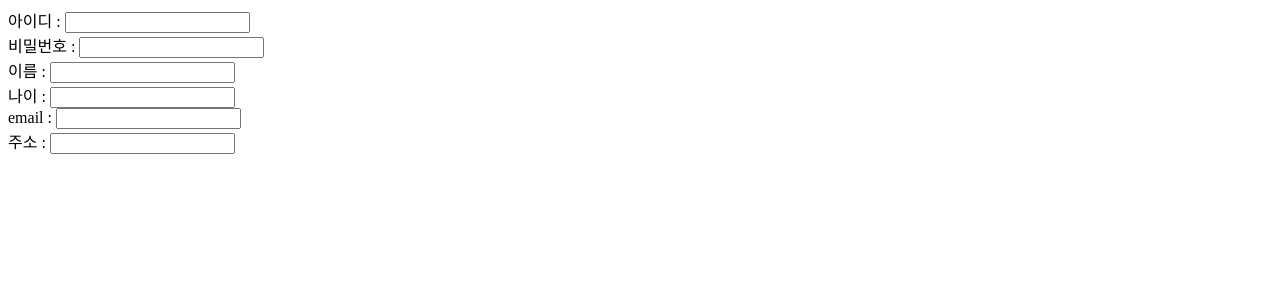
Repository: WoodongMaster/JSP_Workspace
Page: http://localhost/jsp_project/member/join.jsp
An editor plug-in stored every save of this project. The page is shown before and after the next save, followed by the edit.
The browser window is 1280 px wide. The pictures show the whole page.
The page is served by Tomcat 9. Other server files are loaded and not shown.

Above is the page before, as saved 2023-05-12 03:21:07.

### jsp_project2/jsp_project/src/main/webapp/member/join.jsp
<%@ page language="java" contentType="text/html; charset=UTF-8"
    pageEncoding="UTF-8"%>
<!DOCTYPE html>
<html>
<head>
<meta charset="UTF-8">
<title>회원가입</title>
</head>
<body>
	아이디 : <input type="text"><br>
	비밀번호 : <input type="text"><br>
	이름 : <input type="text"><br>
	나이 : <input type="number"><br>
	email : <input type="text"><br>
	주소 : <input type="text">

</body>
</html>

After the next save:
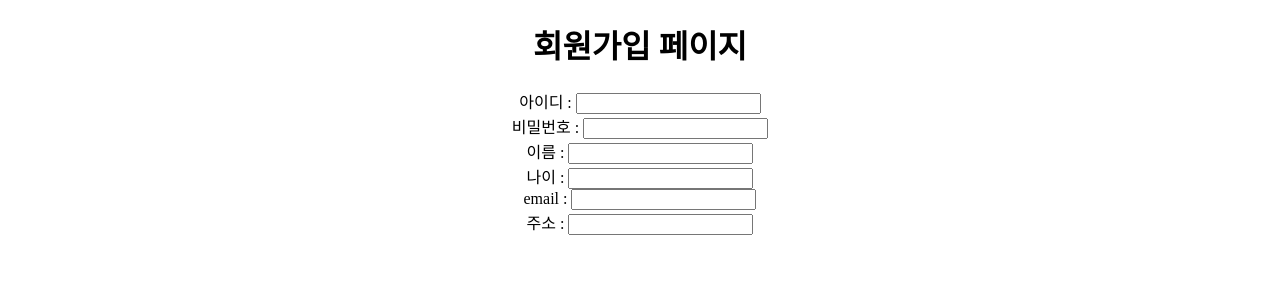
Saved 103 s later.
--- a/jsp_project2/jsp_project/src/main/webapp/member/join.jsp
+++ b/jsp_project2/jsp_project/src/main/webapp/member/join.jsp
@@ -6,7 +6,8 @@
 <meta charset="UTF-8">
 <title>회원가입</title>
 </head>
-<body>
+<body align="center">
+<h1>회원가입 페이지</h1>
 	아이디 : <input type="text"><br>
 	비밀번호 : <input type="text"><br>
 	이름 : <input type="text"><br>
